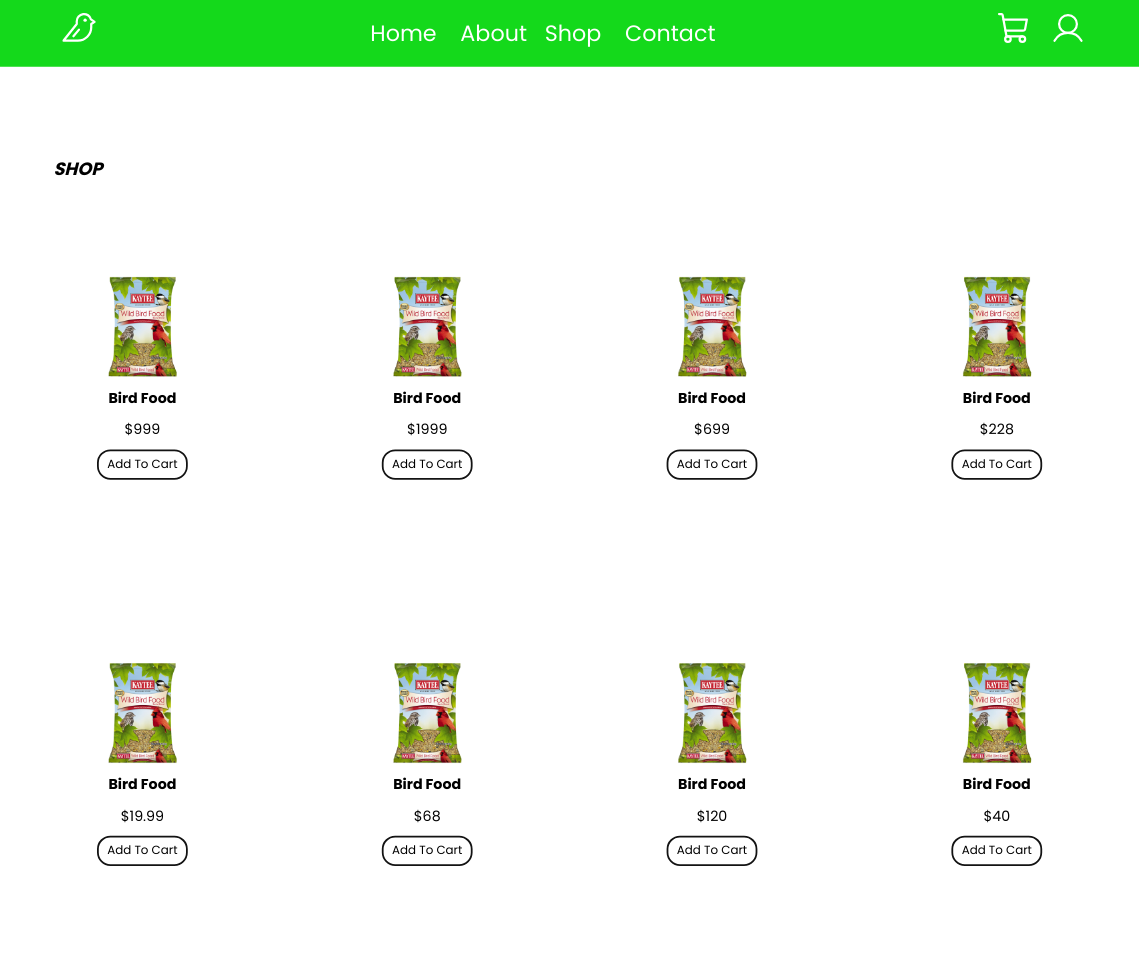
Repository: Vuhainam64/SWP391
Page: / (app in React/swp391-app/)
An editor plug-in stored every save of this project. The page is shown before and after the next save, followed by the edit.
The browser window is 1280 px wide. The pictures show the whole page, at 89% of full size.
The project was rebuilt for these pictures with package versions that can differ from the ones it lists, and the page was loaded fresh each time. Also part of the build but not shown: React/swp391-app/src/pages/register/register.jsx, React/swp391-app/src/pages/home/home.jsx, React/swp391-app/src/pages/about/about.jsx, React/swp391-app/src/pages/contact/contact.css, React/swp391-app/src/pages/contact/contact.jsx, React/swp391-app/src/pages/cart/cart-item.jsx, React/swp391-app/src/pages/cart/cart.css, React/swp391-app/src/pages/cart/cart.jsx.

Above is the page before, as saved 2023-06-01 10:54:26.

After the next save:
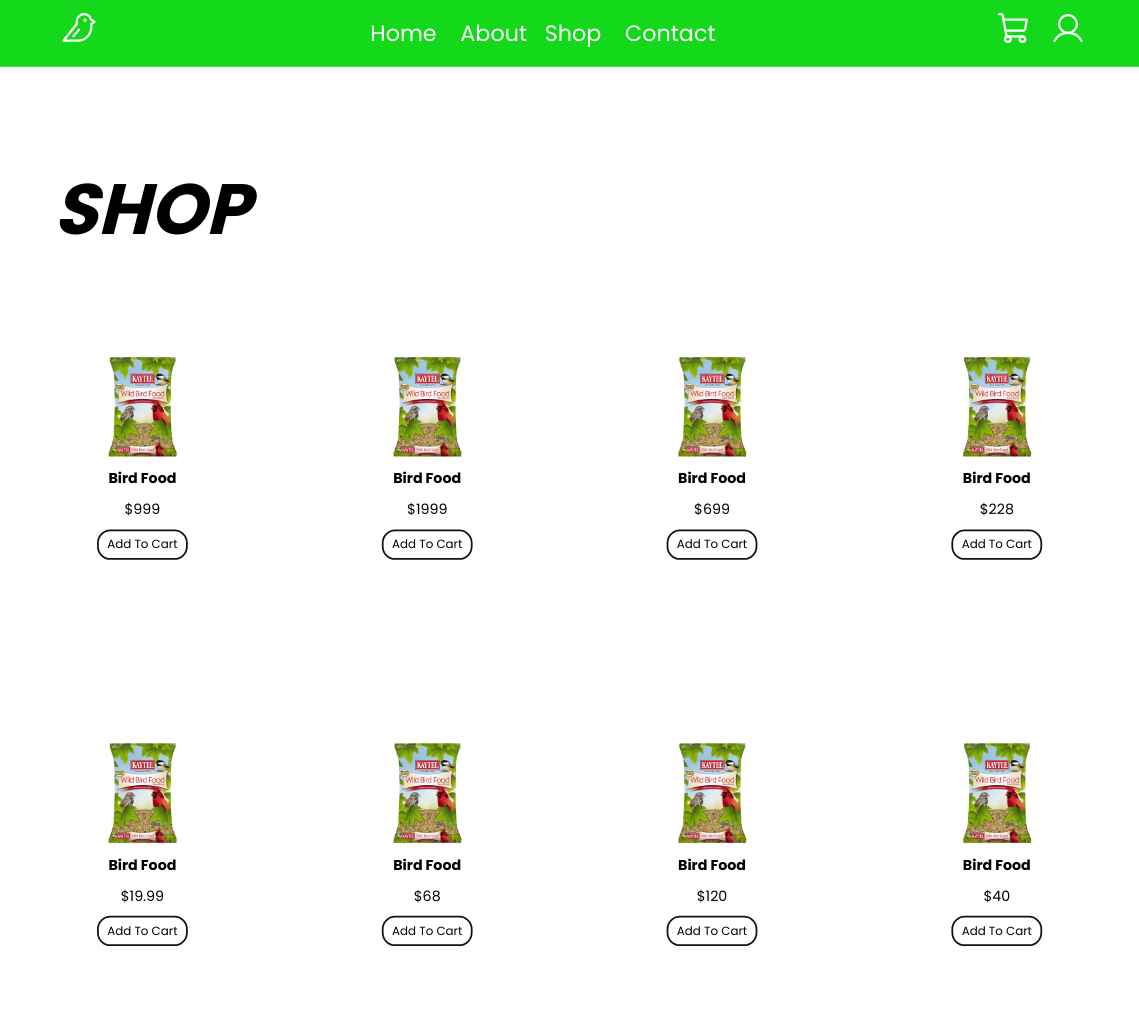
Saved 42 s later.
--- a/React/swp391-app/src/pages/shop/shop.css
+++ b/React/swp391-app/src/pages/shop/shop.css
@@ -60,6 +60,6 @@
     font-weight: bolder;
     float: left;
     padding-left: 60px;
-    font-size: 20px;
+    font-size: 80px;
     font-style: italic;
 }
